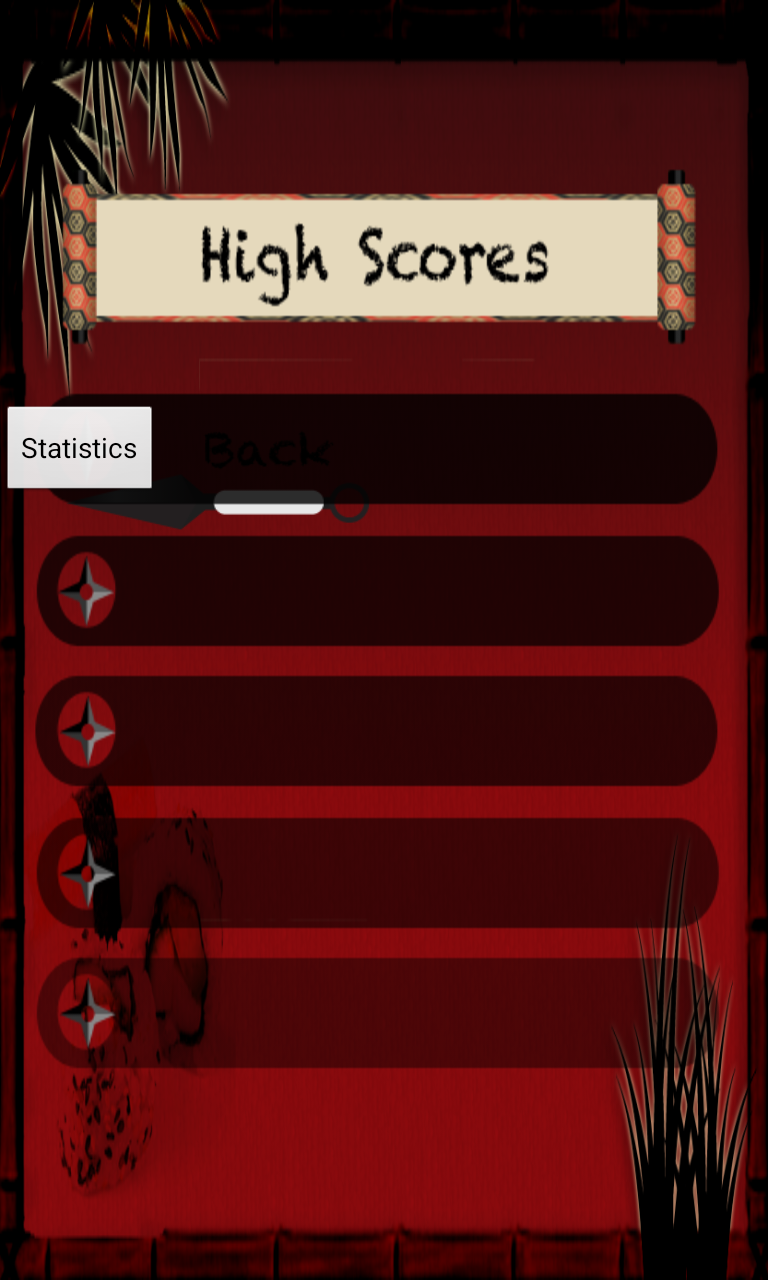
Repository: Kreispy/Sushi-Samurai
Layout: SushiNinja/res/layout/leaderboard.xml
The author's editor kept a copy of each file at every save. The layout is drawn from the files as they stood at one save, then again after the next save.
It is drawn on a 768 x 1280 px phone screen (xhdpi) without system bars, with theme android:Theme.Black.NoTitleBar.Fullscreen; the app's code is not run.

Above is the layout before, as saved 2013-04-25 08:14:25.

After the next save:
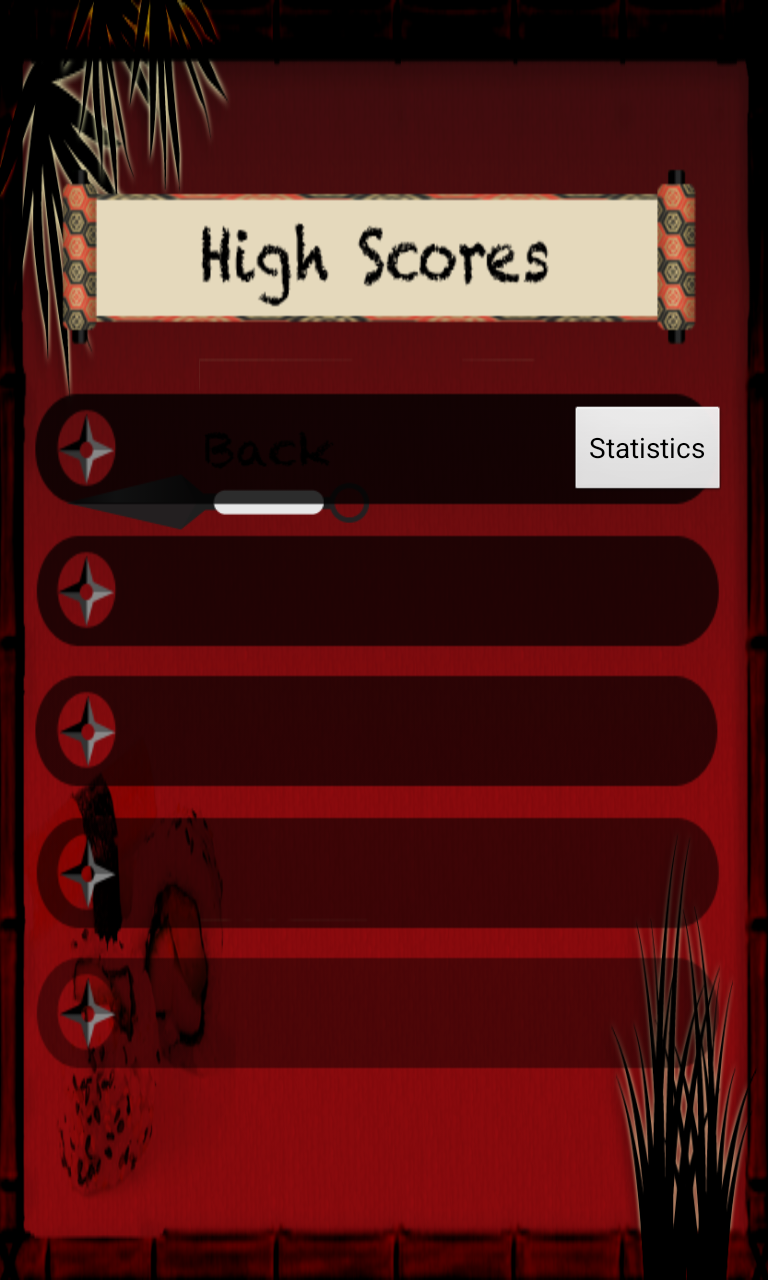
Saved 39 s later.
--- a/SushiNinja/res/layout/leaderboard.xml
+++ b/SushiNinja/res/layout/leaderboard.xml
@@ -32,7 +32,7 @@
         android:id="@+id/stats"
          android:layout_width="wrap_content"
         android:layout_height="wrap_content"
-        android:layout_alignParentLeft="true"
+        android:layout_alignParentRight="true"
         android:layout_alignParentTop="true"
         android:layout_marginRight="20dp"
         android:layout_marginTop="202dp"
